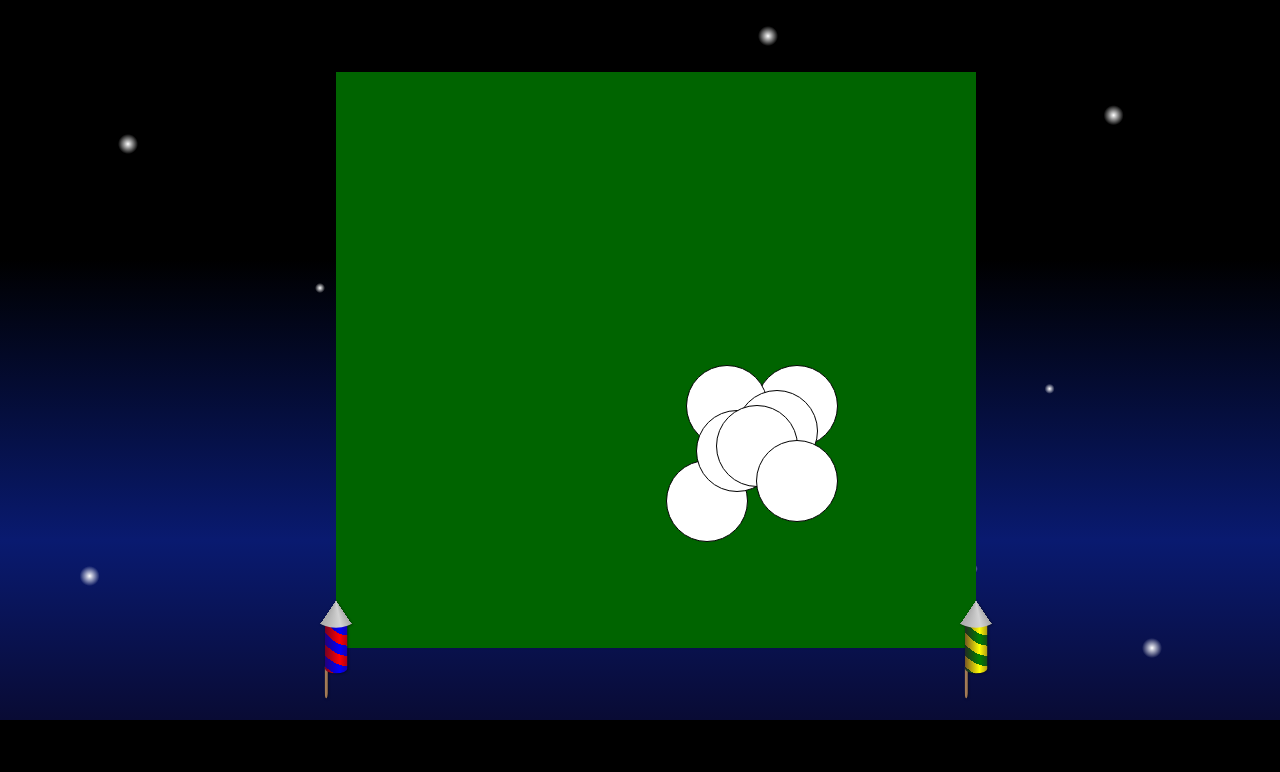
Repository: juliandecloe/CSS-To-The-Rescue---Julian-de-Cloe
Page: index.html
These files come from the project's save history. The page is drawn as it stood at one moment and after the next save; the edit follows.
The browser window is 1280 px wide. The pictures show the whole page.

Above is the page before, as saved 2022-03-10 17:20:35.

### index.html
<!DOCTYPE html>
<html lang="en">
	<head>
		<meta charset="UTF-8">
		<meta name="viewport" content="width=device-width, initial-scale=1.0">
		<title>The Anticlimax Fireworkshow!</title>
		<link rel="stylesheet" href="style.css">
	</head>
	<body>
		<input id="left" type="checkbox">
		<input id="middle" type="checkbox">
		<input id="right" type="checkbox">
		<main>
			<section>
				<label for="left">
					<figure></figure>
					<figure></figure>
					<figure></figure>
				</label>
				<ul>
					<li>
						<ul>
							<li></li>
							<li></li>
							<li></li>
							<li></li>
							<li></li>
						</ul>
					</li>
					<li>
						<ul>
							<li></li>
							<li></li>
							<li></li>
							<li></li>
							<li></li>
						</ul>
					</li>
					<li>
						<ul>
							<li></li>
							<li></li>
							<li></li>
							<li></li>
							<li></li>
						</ul>
					</li>
					<li>
						<ul>
							<li></li>
							<li></li>
							<li></li>
							<li></li>
							<li></li>
						</ul>
					</li>
					<li>
						<ul>
							<li></li>
							<li></li>
							<li></li>
							<li></li>
							<li></li>
						</ul>
					</li>
					<li>
						<ul>
							<li></li>
							<li></li>
							<li></li>
							<li></li>
							<li></li>
						</ul>
					</li>
					<li>
						<ul>
							<li></li>
							<li></li>
							<li></li>
							<li></li>
							<li></li>
						</ul>
					</li>
					<li>
						<ul>
							<li></li>
							<li></li>
							<li></li>
							<li></li>
							<li></li>
						</ul>
					</li>
					<li>
						<ul>
							<li></li>
							<li></li>
							<li></li>
							<li></li>
							<li></li>
						</ul>
					</li>
					<li>
						<ul>
							<li></li>
							<li></li>
							<li></li>
							<li></li>
							<li></li>
						</ul>
					</li>
					<li>
						<ul>
							<li></li>
							<li></li>
							<li></li>
							<li></li>
							<li></li>
						</ul>
					</li>
					<li>
						<ul>
							<li></li>
							<li></li>
							<li></li>
							<li></li>
							<li></li>
						</ul>
					</li>
				</ul>
			</section>
			<section>
				<label for="middle">
					<figure></figure>
					<figure></figure>
					<figure></figure>
				</label>
				<ul>
					<li>
						<ul>
							<li></li>
							<li></li>
							<li></li>
							<li></li>
							<li></li>
						</ul>
					</li>
					<li>
						<ul>
							<li></li>
							<li></li>
							<li></li>
							<li></li>
							<li></li>
						</ul>
					</li>
					<li>
						<ul>
							<li></li>
							<li></li>
							<li></li>
							<li></li>
							<li></li>
						</ul>
					</li>
					<li>
						<ul>
							<li></li>
							<li></li>
							<li></li>
							<li></li>
							<li></li>
						</ul>
					</li>
					<li>
						<ul>
							<li></li>
							<li></li>
							<li></li>
							<li></li>
							<li></li>
						</ul>
					</li>
					<li>
						<ul>
							<li></li>
							<li></li>
							<li></li>
							<li></li>
							<li></li>
						</ul>
					</li>
					<li>
						<ul>
							<li></li>
							<li></li>
							<li></li>
							<li></li>
							<li></li>
						</ul>
					</li>
					<li>
						<ul>
							<li></li>
							<li></li>
							<li></li>
							<li></li>
							<li></li>
						</ul>
					</li>
					<li>
						<ul>
							<li></li>
							<li></li>
							<li></li>
							<li></li>
							<li></li>
						</ul>
					</li>
					<li>
						<ul>
							<li></li>
							<li></li>
							<li></li>
							<li></li>
							<li></li>
						</ul>
					</li>
					<li>
						<ul>
							<li></li>
							<li></li>
							<li></li>
							<li></li>
							<li></li>
						</ul>
					</li>
					<li>
						<ul>
							<li></li>
							<li></li>
							<li></li>
							<li></li>
							<li></li>
						</ul>
					</li>
				</ul>
			</section>
			<section>
				<label for="right">
					<figure></figure>
					<figure></figure>
					<figure></figure>
				</label>
				<article>
					<ul>
						<li></li>
						<li></li>
						<li></li>
						<li></li>
						<li></li>
						<li></li>
						<li></li>
					</ul>
				</article>
			</section>
		</main>
	</body>
</html>

### style.css
/*========== GENERAL ==========*/

:root * {
	--hoekVar: calc(360deg / 12);
	--rotate: rotate(calc( var(--hoekVar) * var(--index) ));
	--hoekVar2: calc(360deg / 5);
	--rotate2: rotate(calc( var(--hoekVar2) * var(--index2) ));
	--hoekVar3: calc(360deg / 18);
	--rotate3: rotate(calc( var(--hoekVar3) * var(--index3) ));
	--star1: 5px;
	--star2: 3px;
}

@property --star1 {
	syntax: '<length>';
	inherits: false;
	initial-value: 0px;
}

@property --star2 {
	syntax: '<length>';
	inherits: false;
	initial-value: 0px;
}

* {
	padding: 0;
	margin: 0;
}

body, html {
	overflow: hidden;
}

html {
	background: linear-gradient(0deg, rgba(9,11,52,1) 0%, rgba(9,26,112,1) 25%, rgba(0,0,0,1) 64%, rgba(0,0,0,1) 100%);
}

@keyframes stars {
	0% {
		--star1: 5px;
	}
	100% {
		--star1: 10px;
	}
}

@keyframes stars2 {
	0% {
		--star2: 3px;
	}
	100% {
		--star2: 6px;
	}
}

body {
	background-position: center;
	background-image:
	radial-gradient(
		circle at
			10%
			20%,
		white,
		transparent var(--star1)
	),
	radial-gradient(
		circle at
			34%
			15%,
		white,
		transparent var(--star2)
	),
	radial-gradient(
		circle at
			50%
			60%,
		white,
		transparent var(--star2)
	),
	radial-gradient(
		circle at
			60%
			80%,
		white,
		transparent var(--star2)
	),
	radial-gradient(
		circle at
			25%
			40%,
		white,
		transparent var(--star2)
	),
	radial-gradient(
		circle at
			7%
			80%,
		white,
		transparent var(--star1)
	),
	radial-gradient(
		circle at
			87%
			16%,
		white,
		transparent var(--star1)
	),
	radial-gradient(
		circle at
			76%
			79%,
		white,
		transparent var(--star2)
	),
	radial-gradient(
		circle at
			90%
			90%,
		white,
		transparent var(--star1)
	),
	radial-gradient(
		circle at
			60%
			5%,
		white,
		transparent var(--star1)
	),
	radial-gradient(
		circle at
			72%
			32%,
		white,
		transparent var(--star2)
	),
	radial-gradient(
		circle at
			50%
			28%,
		white,
		transparent var(--star1)
	),
	radial-gradient(
		circle at
			37%
			80%,
		white,
		transparent var(--star1)
	),
	radial-gradient(
		circle at
			82%
			54%,
		white,
		transparent var(--star2)
	);
	animation:
	stars 1s linear alternate infinite,
	stars2 1.5s linear alternate infinite;
}

@media (prefers-reduced-motion) {
	body {
		animation-name: dissolve;
	}
}

main {
	display: flex;
	justify-content: center;
	align-items: end;
	width: 100vw;
	height: 100vh;
	padding-left: 1rem;
}

@media (max-width: 630px) {
	main {
		transform: scale(.5) translateY(50vh);
	}
}

section {
	display: grid;
	place-items: center;
	transition: 1s ease-out;
	width: 50vw;
}

@media (max-width: 630px) {
	section {
		width: 80vw;
	}
}

input {
	display: none;
}

/*========== FIRE ROCKET ==========*/

/*===== GENERAL =====*/

label {
	transform: scale(.3) translateY(50vh);
	z-index: 5;
	height: 350px;
	width: 120px;
	filter: drop-shadow(2px 2px 4px rgb(0,0,0,0.5));
	transition: 1s;
	cursor: pointer;
	animation: 1s
}

@media (max-width: 630px) {
	label {
		transform: scale(.5);
	}
}

section label > figure:first-child {
	border-radius: 50%;
	position: absolute;
	left: calc(50% - 55px);
	width: 110px;
	height: 130px;
	z-index: 3;
	clip-path: ellipse(90% 70% at center top);
	background-image:
		conic-gradient(
		at center top,
		transparent 146deg,
		darkgray 146deg,
		lightgray 170deg,
		darkgray 214deg,
		transparent 214deg
	);
}

section label figure:nth-child(2) {
	position: absolute;
	top: 83px;
	left: calc(50% - 37.5px);
	width: 75px;
	height: 160px;
	z-index: 2;
	background-size: 100% 100%, 600% 600%;
	background-position:left top, 40% -30%;
	border-radius: 0 0 50% 50% / 0 0 1em 1em;
}

section label > figure:nth-child(3) {
	position: absolute;
	background: #BA8C63;
	top: 220px;
	left: calc(50% - 37.5px);
	width: 10px;
	height: 110px;
	z-index: 1;
	box-shadow: inset -2px 0 8px rgb(0,0,0,0.5);
	clip-path: ellipse(10px 95px at 50% 10%);
}


/*===== COLOR ARROWS =====*/

section:first-child label figure:nth-child(2) {
	background-image:
		linear-gradient(
			to right,
			#303a 0%,
			transparent 65%,
			#3036 100%
		),
		repeating-radial-gradient(
			red 0 1em,
			blue 1em 2em
	);
}

section:nth-child(2) label figure:nth-child(2) {
	background-image:
		linear-gradient(
			to right,
			#303a 0%,
			transparent 65%,
			#3036 100%
		),
		repeating-radial-gradient(
			green 0 1em,
			yellow 1em 2em
		);
}

section:last-child label figure:nth-child(2) {
	background-image:
		linear-gradient(
			to right,
			#303a 0%,
			transparent 65%,
			#3036 100%
		),
		repeating-radial-gradient(
			pink 0 1em,
			purple 1em 2em
		);
}


/*========== FIRE WORK ==========*/

/*===== LAYER 1 =====*/

section > ul {
	list-style-type: none;
	position: absolute;
	width: 1rem;
	height: 1rem;
	display: grid;
	place-items: center;
	/* background-color: #ff4; */
}

section > ul > li {
	position: absolute;
	top: 50%;
	width: 40%;
	height: 1200%;
	transform-origin: center top;
	transform: var(--rotate);
	transition: .3s ease-out;
	transition-delay: 1s;
	display: flex;
	/* background-color: #f004; */
}

section:nth-child(2) > ul > li {
	position: absolute;
	top: 50%;
	width: 40%;
	height: 1200%;
	transform-origin: center top;
	transform: var(--rotate);
	transition: .3s ease-out;
	transition-delay: 1s;
	display: flex;
	/* background-color: #f004; */
}

section > ul > li::after {
	content: "";
	display: block;
	width: 100%;
	height: 50%;
	transition: .2s ease-out;
	transform-origin: center top;
	transform: scaleY(0);
	position: absolute;
}

/* Color */

section:first-child > ul > li::after {
	background-color: blue;
}

section:nth-child(2) > ul > li::after {
	background-color: green;
}

section:last-child > ul li::after {
	background-color: pink;
}


/*===== LAYER 2 =====*/

section > ul > li ul {
	list-style-type: none;
	position: relative;
	width: .5em;
	aspect-ratio: 1/1;
	align-self: end;
	display: grid;
	place-items: center;
	/* background-color: #f088; */
}

section:first-child > ul > li li {
	position: absolute;
	top: 50%;
	width: 25%;
	aspect-ratio: 1/8;
	background-color: #f00;
	transform-origin: center top;
	transform: var(--rotate2) scaleY(0);
	transition: .3s ease-out;
	transition-delay: 1.8s;
}

section:nth-child(2) > ul > li li {
	position: absolute;
	width: 30%;
	height: 1200%;
	background-color: yellow;
	transform-origin: center;
	transform: var(--rotate2) scaleY(1);
	transition: .5s ease-out;
	transition-delay: 1.5s;
	visibility: hidden;
}


/*========== INTERACTION ==========*/

/*===== GENERAL =====*/

section > ul > li:nth-of-type(1) { --index:1; }
section > ul > li:nth-of-type(2) { --index:2; }
section > ul > li:nth-of-type(3) { --index:3; }
section > ul > li:nth-of-type(4) { --index:4; }
section > ul > li:nth-of-type(5) { --index:5; }
section > ul > li:nth-of-type(6) { --index:6; }
section > ul > li:nth-of-type(7) { --index:7; }
section > ul > li:nth-of-type(8) { --index:8; }
section > ul > li:nth-of-type(9) { --index:9; }
section > ul > li:nth-of-type(10) { --index:10; }
section > ul > li:nth-of-type(11) { --index:11; }
section > ul > li:nth-of-type(12) { --index:12; }

ul > li li:nth-of-type(1) { --index2:1; }
ul > li li:nth-of-type(2) { --index2:2; }
ul > li li:nth-of-type(3) { --index2:3; }
ul > li li:nth-of-type(4) { --index2:4; }
ul > li li:nth-of-type(5) { --index2:5; }

/* section:last-child li:nth-of-type(1) { --index3:1; }
section:last-child li:nth-of-type(2) { --index3:2; }
section:last-child li:nth-of-type(3) { --index3:3; }
section:last-child li:nth-of-type(4) { --index3:4; }
section:last-child li:nth-of-type(5) { --index3:5; }
section:last-child li:nth-of-type(6) { --index3:6; }
section:last-child li:nth-of-type(7) { --index3:7; }
section:last-child li:nth-of-type(8) { --index3:8; }
section:last-child li:nth-of-type(9) { --index3:9; }
section:last-child li:nth-of-type(10) { --index3:10; }
section:last-child li:nth-of-type(11) { --index3:11; }
section:last-child li:nth-of-type(12) { --index3:12; }
section:last-child li:nth-of-type(13) { --index3:13; }
section:last-child li:nth-of-type(14) { --index3:14; }
section:last-child li:nth-of-type(15) { --index3:15; }
section:last-child li:nth-of-type(16) { --index3:16; }
section:last-child li:nth-of-type(17) { --index3:17; }
section:last-child li:nth-of-type(18) { --index3:18; } */

/* Rocket */

input:first-child[type="checkbox"]:checked ~ main section:first-child, input:nth-child(2)[type="checkbox"]:checked ~ main section:nth-child(2) {
	transform: translateY(-50vh);
}

@media (max-width: 630px) {
	input:first-child[type="checkbox"]:checked ~ main section:first-child, input:nth-child(2)[type="checkbox"]:checked ~ main section:nth-child(2) {
		transform: translateY(-90vh);
	}
}

input:first-child[type="checkbox"]:checked ~ main section:first-child label, input:nth-child(2)[type="checkbox"]:checked ~ main section:nth-child(2) label {
	transform: scale(.5, .3);
	animation: explode 1s 1s ease-in forwards;
}

/* Explode 1 */

input:first-child[type="checkbox"]:checked ~ main section:first-child > ul > li, input:nth-child(2)[type="checkbox"]:checked ~ main section:nth-child(2) > ul > li {
	transform: var(--rotate) translateY(2em);
}

input:first-child[type="checkbox"]:checked ~ main section:first-child > ul > li::after, input:nth-child(2)[type="checkbox"]:checked ~ main section:nth-child(2) > ul > li::after {
	animation: after .3s 1s ease-out forwards;
}


/*===== ARROW 1 =====*/

input:first-child[type="checkbox"]:checked ~ main section:first-child > ul > li li {
	animation: lili .3s 1.5s ease-out forwards;
}

/*===== ARROW 2 =====*/

input:nth-child(2)[type="checkbox"]:checked ~ main section:nth-child(2) > ul > li li {
	visibility: visible;
	transform: var(--turn) scaleY(6) translateY(2em);
	opacity: 0;
}

/*===== ARROW 3 =====*/

input:nth-child(3)[type="checkbox"]:checked ~ main section:last-child {
	transform: translateY(-50vh);
}

input:nth-child(3)[type="checkbox"]:checked ~ main article label {
	animation: huge .8s 1s ease-out forwards;
}

/*========== ANIMATIONS ==========*/

@keyframes huge {
	0% {
		transform: scaleY(0);
	}
	99% {
		transform: translateY(200%) scaleY(0);
		opacity: 0;
	}
	100% {
		transform: translateY(0) scaleY(0);
		opacity: 1;
	}
}

@keyframes explode {
	0% {
		visibility: hidden;
	}
	99% {
		visibility: hidden;
	}
	100% {
		transform: translateY(65vh) scale(.3);
		visibility: visible;
	}
}

@keyframes after {
	0% {
		transform: scaleY(0);
	}
	33% {
		transform: scaleY(1) ;
	}
	67% {
		transform: translateY(100%) scaleY(1) ;
	}
	99% {
		transform: translateY(200%) scaleY(0) ;
	}
	100% {
		transform: translateY(0) scaleY(0) ;
	}
}

@keyframes lili {
	0% {
		transform: var(--rotate2) translateY(0) scaleY(0);
	}
	50% {
		transform: var(--rotate2) translateY(0) scaleY(3);
	}
	99% {
		transform: var(--rotate2) translateY(400%) scaleY(0);
	}
	100% {
		transform: var(--rotate2) translateY(0) scaleY(0);
	}
}



/*========== CLOUDS ==========*/

section:last-child label {
	display: none;
}

section:last-child {
	position: absolute;
	top: 10vh;
	background-color: darkgreen;
	width: 50vw;
	height: 80vh;
}

article ul {
	position: relative;
	list-style-type: none;
}

article li {
	position: absolute;
	border-radius: 50%;
	background-color: white !important;
	width: 5rem;
	height: 5rem;
	border: 1px solid black;
}

article li:first-child {
	top: 5px;
	left: 100px;
}

article li:nth-child(2) {
	top: 100px;
	left: 10px;
}

article li:nth-child(3) {
	top: 5px;
	left: 30px;
}

article li:nth-child(4) {
	top: 30px;
	left: 80px;
}

article li:nth-child(5) {
	top: 50px;
	left: 40px;
}

article li:nth-child(6) {
	top: 45px;
	left: 60px;
}

article li:last-child {
	top: 80px;
	left: 100px;
}

After the next save:
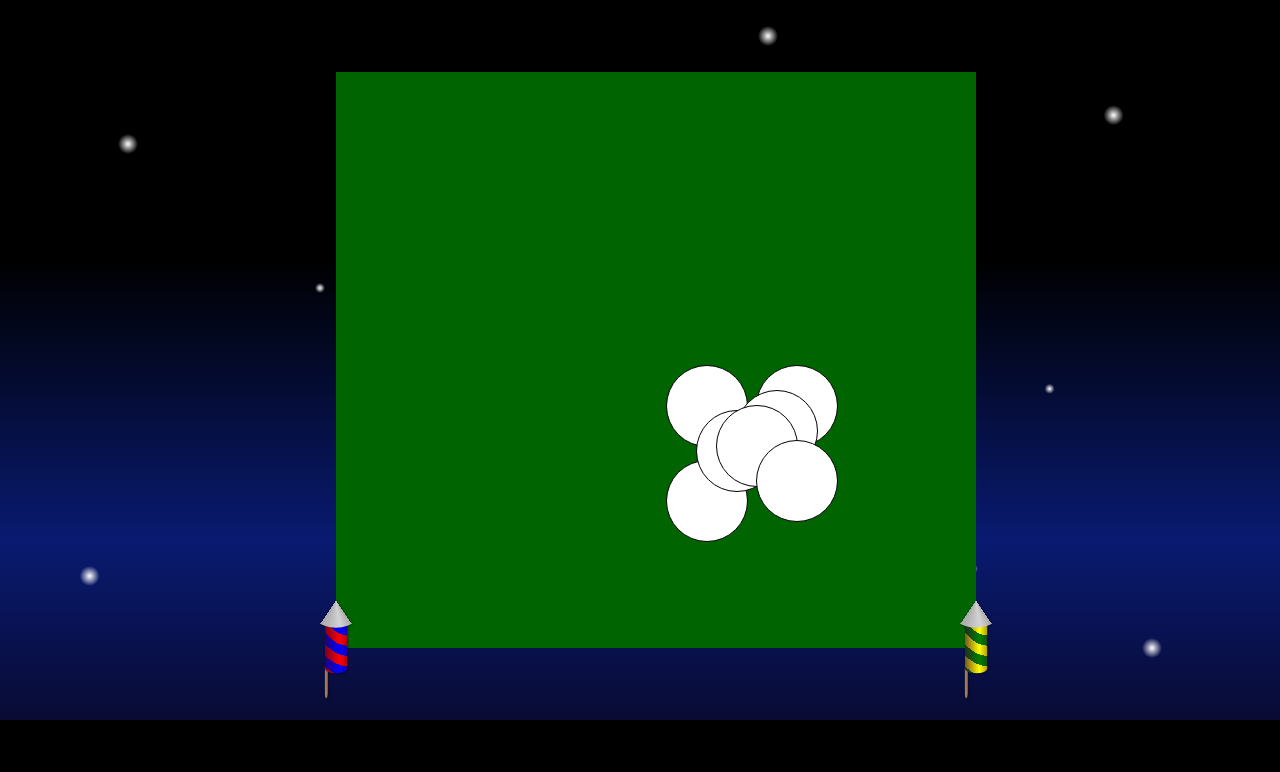
Saved 4 s later.
--- a/style.css
+++ b/style.css
@@ -610,7 +610,7 @@ article li:nth-child(2) {
 
 article li:nth-child(3) {
 	top: 5px;
-	left: 30px;
+	left: 10px;
 }
 
 article li:nth-child(4) {
